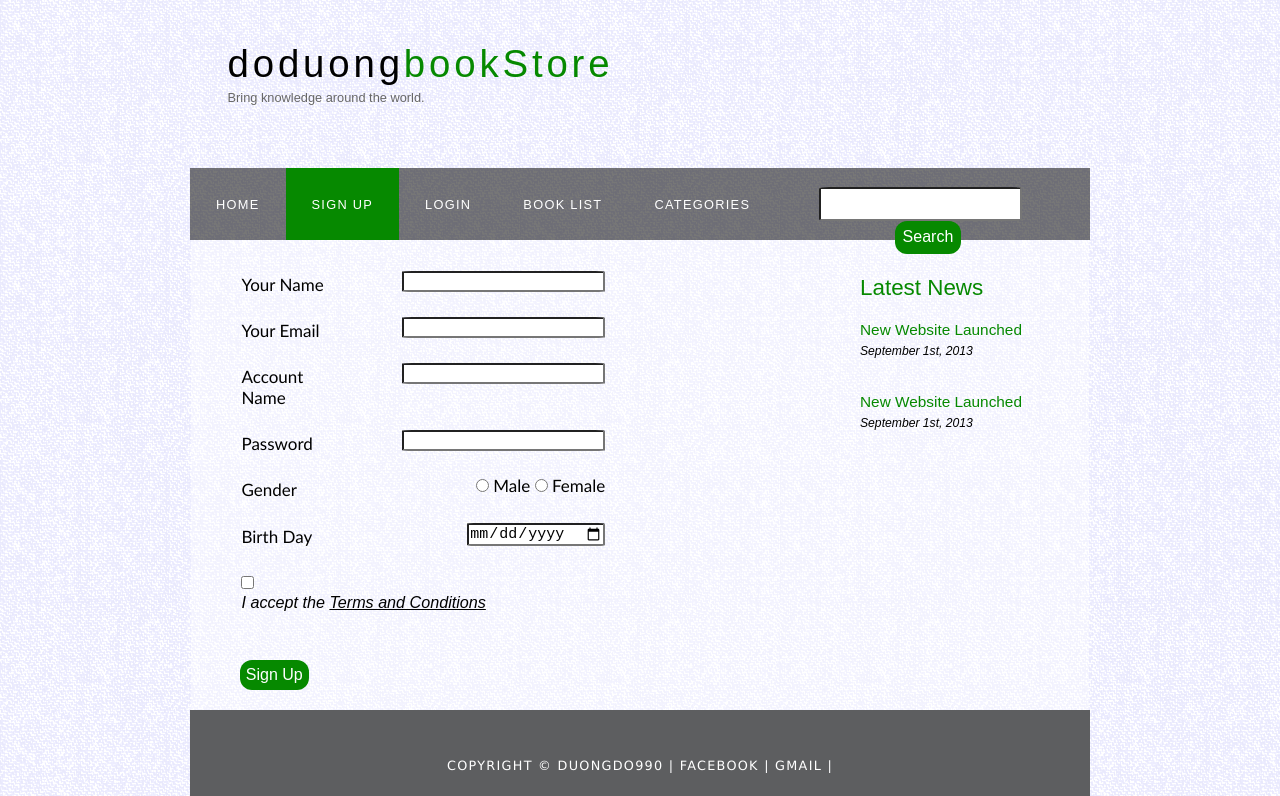
Repository: ngttuyen/JavaWeb
Page: http://localhost/MyWebsite/signup.jsp
The author's editor kept a copy of each file at every save. The page is drawn from the files as they stood at one save, then again after the next save.
The browser window is 1280 px wide. The pictures show the whole page.
The page is served by Tomcat 9. Other server files are loaded and not shown.

Above is the page before, as saved 2019-06-01 16:04:18.

### MyWebsite/WebContent/signup.jsp
<%@page contentType="text/html" pageEncoding="utf-8"%>
<%@ include file="includes/head.jsp"%>
<body>
	<div id="main">
		<div id="header">
			<div id="logo">
				<div id="logo_text">
					<!-- class="logo_colour", allows you to change the colour of the text -->
					<h1>
						<a href="index.jsp">doduong<span class="logo_colour">bookStore</span></a>
					</h1>
					<h2>Bring knowledge around the world.</h2>
				</div>
			</div>
			<div id="menubar">
				<ul id="menu">
					<!-- put class="selected" in the li tag for the selected page - to highlight which page you're on -->
					<li><a href="index.jsp">Home</a></li>
					<li class="selected"><a href="signup.jsp">Sign Up</a></li>
					<li><a href="login.jsp">Login</a></li>
					<li><a href="book.jsp">Book List</a></li>
					<li><a href="categories.jsp">Categories</a></li>
				</ul>
				<form method="get" action="" id="searchForm">
					<input type="text" name="search" class="styled-input">
					<button class="button" type="submit">Search</button>
				</form>
			</div>

		</div>
		<div id="site_content">
			<%@ include file="/includes/sidebar.jsp"%>
			<div id="content">
				<!-- -------------------------your code here---------------------- --->
				<form method="post" action="">
					<table class="login-signup">
						<tr>
							<td><label>Your Name</label></td>
							<td class="right"><input type="text" name="name"
								class="styled-input"></td>
						</tr>
						<tr>
							<td><label>Your Email</label></td>
							<td class="right"><input type="text" name="email"
								class="styled-input"></td>
						</tr>
						<tr>
							<td><label>Account Name</label></td>
							<td class="right"><input type="text" name="id"
								class="styled-input"></td>
						</tr>
						<tr>
							<td><label>Password</label></td>
							<td class="right"><input type="password" name="pw"
								class="styled-input"></td>
						</tr>
						<tr>
							<td><label>Gender</label></td>
							<td class="right"><input class="gender-radio" type="radio"
								name="gender" value="male"> Male <input
								class="gender-radio" type="radio" name="gender" value="female">
									Female</td>
						</tr>
						<tr>
							<td><label>Birth Day</label></td>
							<td class="right"><input type="date" name="dob"
								class="styled-input"></td>
						</tr>
						<tr>
							<td colspan="2"><input type="checkbox" required name="terms">
							<h5>
									I accept the <u>Terms and Conditions</u>
								</h5>
								</p></td>
						</tr>
					</table>
					<button class="button" type="submit">Sign Up</button>
				</form>
				<!-- -------------------------your code here---------------------- --->
			</div>
		</div>
		<div id="footer">
			<!---footer here --->
			<%@ include file="/includes/footer.jsp"%>
		</div>
	</div>
</body>
</html>

### MyWebsite/WebContent/includes/head.jsp
<%@page contentType="text/html" pageEncoding="utf-8" %>
<!doctype html>
<html>

<head>
  <title>doduong's BookStore</title>
  <meta name="description" content="website description" />
  <meta name="keywords" content="website keywords, website keywords" />
  <meta http-equiv="content-type" content="text/html; charset=windows-1252" />
  <link rel="stylesheet"href="styles/style.css" title="style">
</head>

### MyWebsite/WebContent/includes/sidebar.jsp
<%@page contentType="text/html" pageEncoding="utf-8"%>
<div class="sidebar">
	<!-- insert your sidebar items here -->
	<h3>Latest News</h3>
	<h4>New Website Launched</h4>
	<h5>September 1st, 2013</h5>
	<p></p>
	<h4>New Website Launched</h4>
	<h5>September 1st, 2013</h5>
</div>

### MyWebsite/WebContent/includes/footer.jsp
<%@page contentType="text/html" pageEncoding="utf-8"%>
<div id="footer">
	Copyright &copy; duongdo990 | <a
		href="#">Facebook</a> | <a
		href="#">Gmail</a> |
</div>
</div>

### MyWebsite/WebContent/styles/style.css
html
{ height: 100%;}

*
{ margin: 0;
  padding: 0;}

body
{ font: normal .80em 'trebuchet ms', arial, sans-serif;
  background: #F0EFE2 url(../images/background.png) repeat;
  color: #777;}

p
{ padding: 0 0 20px 0;
  line-height: 1.7em;}

img
{ border: 0;}

h1, h2, h3, h4, h5, h6
{ font: normal 175% 'century gothic', arial, sans-serif;
  color: #068900;
  margin: 0 0 15px 0;
  padding: 15px 0 5px 0;}

h2
{ font: normal 175% 'century gothic', arial, sans-serif;
  color: #068900;}

h4, h5, h6
{ margin: 0;
  padding: 0 0 5px 0;
  font: normal 120% arial, sans-serif;
  color: #068900;}

h5, h6
{ font: italic 95% arial, sans-serif;
  padding: 0 0 15px 0;
  color: #000;}

h6
{ color: #362C20;}

a, a:hover
{ outline: none;
  text-decoration: underline;
  color: #FD5BFF;}

a:hover
{ text-decoration: none;}

.left
{ float: left;
  width: auto;
  margin-right: 10px;}

.right
{ float: right;
  width: auto;
  margin-left: 10px;}

.center
{ display: block;
  text-align: center;
  margin: 20px auto;}

blockquote
{ margin: 20px 0;
  padding: 10px 20px 0 20px;
  border: 1px solid #E5E5DB;
  background: #FFF;}

ul
{ margin: 2px 0 22px 17px;}

ul li
{ list-style-type: circle;
  margin: 0 0 6px 0;
  padding: 0 0 4px 5px;}

ol
{ margin: 8px 0 22px 20px;}

ol li
{ margin: 0 0 11px 0;}

#main, #logo, #menubar, #site_content, #footer
{ margin-left: auto;
  margin-right: auto;}

#header
{ height: 240px;}

#logo
{ width: 825px;
  position: relative;
  height: 168px;}

#logo #logo_text
{ position: absolute;
  top: 20px;
  left: 0;}

#logo h1, #logo h2
{ font: normal 300% 'century gothic', arial, sans-serif;
  border-bottom: 0;
  text-transform: none;
  margin: 0;}

#logo_text h1, #logo_text h1 a, #logo_text h1 a:hover
{ padding: 22px 0 0 0;
  color: #000;
  letter-spacing: 0.1em;
  text-decoration: none;}

#logo_text h1 a .logo_colour
{ color: #068900;}

#logo_text h2
{ font-size: 100%;
  padding: 4px 0 0 0;
  color: #676767;}

#menubar
{ width: 900px;
  height: 72px;
  padding: 0;
  background: transparent url(../images/transparent.png) repeat;}

ul#menu, ul#menu li
{ float: left;
  margin: 0;
  padding: 0;}

ul#menu li
{ list-style: none;}

ul#menu li a
{ letter-spacing: 0.1em;
  font: normal 100% arial, sans-serif;
  display: block;
  float: left;
  height: 37px;
  padding: 29px 26px 6px 26px;
  text-align: center;
  color: #FFF;
  text-transform: uppercase;
  text-decoration: none;
  background: transparent;}

ul#menu li a:hover, ul#menu li.selected a, ul#menu li.selected a:hover
{ color: #FFF;
  background: #068900;}

#site_content
{ width: 837px;
  overflow: hidden;
  margin: 0 auto 0 auto;
  padding: 20px 24px 20px 37px;
  background: transparent url(../images/transparent_light.png) repeat;}

.sidebar
{ float: right;
  width: 190px;
  padding: 0 15px 20px 15px;}

.sidebar ul
{ width: 178px;
  padding: 4px 0 0 0;
  margin: 4px 0 30px 0;}

.sidebar li
{ list-style: none;
  padding: 0 0 7px 0; }

.sidebar li a, .sidebar li a:hover
{ padding: 0 0 0 40px;
  display: block;
  background: transparent url(../images/link.png) no-repeat left center;}

.sidebar li a.selected
{ color: #444;
  text-decoration: none;}

#content
{ text-align: left;
  width: 595px;
  padding: 0;}

#content ul
{ margin: 2px 0 22px 0px;}

#content ul li
{ list-style-type: none;
  background: url(../images/bullet.png) no-repeat;
  margin: 0 0 6px 0;
  padding: 0 0 4px 25px;
  line-height: 1.5em;}

#footer
{ width: 900px;
  font: normal 100% 'lucida sans unicode', arial, sans-serif;
  height: 33px;
  padding: 24px 0 5px 0;
  text-align: center;
  background-color: #5d5e60;
  color: #FFF;
  text-transform: uppercase;
  letter-spacing: 0.1em;}

#footer a
{ color: #FFF;
  text-decoration: none;}

#footer a:hover
{ color: #FFF;
  text-decoration: underline;}

.search
{ color: #5D5D5D;
  border: 1px solid #BBB;
  width: 134px;
  padding: 4px;
  font: 100% arial, sans-serif;}

#colours
{ height: 0px;
  text-align: right;
  padding: 66px 16px 0px 300px;}
  /*-------------------------------------*/
.button {
  background-color: #068900; /* Green */
  border: none;
  color: white;
  padding: 1% 1%;
  text-align: center;
  text-decoration: none;
  display: inline-block;
  font-size: 16px;
  border-radius: 12px;
  margin-left: 2%;
}
#searchForm{
  height: 37px;
  padding: 19px 26px 6px 10%;
  text-align: center;
  color: #FFF;
  text-transform: uppercase;
  text-decoration: none;
  background: transparent;
}
.styled-input {
	height: 80%;
	border-radius: 5%;
	font-size: 15px;
	border: 1% solid #068900;
	font-weigh: bold;
}
.login-signup{
	width: 65%;
	height: 100%;
	font-size: 17px;
	color: black;
}
td{
	padding: 3% 3% 3% 3%;
}

After the next save:
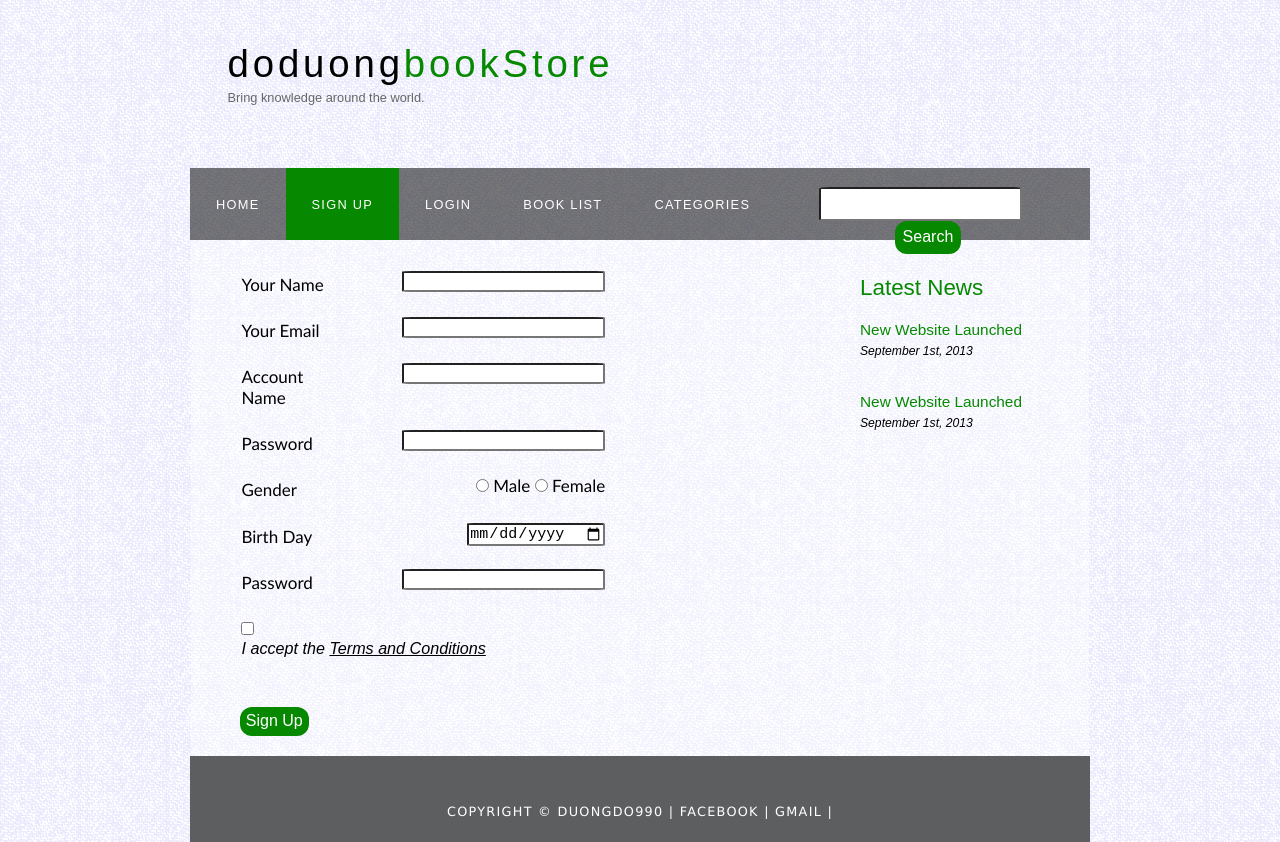
Saved 44 s later.
--- a/MyWebsite/WebContent/signup.jsp
+++ b/MyWebsite/WebContent/signup.jsp
@@ -67,6 +67,11 @@
 								class="styled-input"></td>
 						</tr>
 						<tr>
+							<td><label>Password</label></td>
+							<td class="right"><input type="password" name="pw"
+								class="styled-input"></td>
+						</tr>
+						<tr>
 							<td colspan="2"><input type="checkbox" required name="terms">
 							<h5>
 									I accept the <u>Terms and Conditions</u>

After the 2 saves that followed:
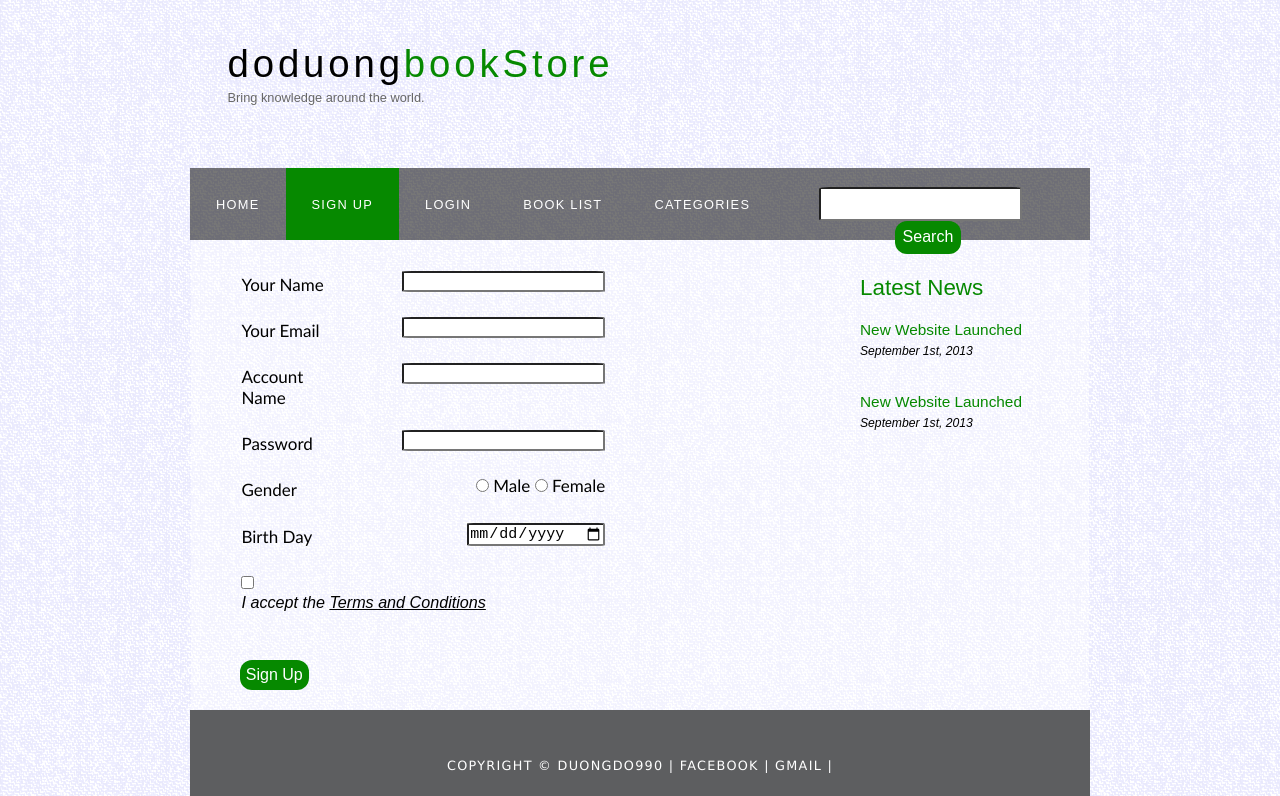
The 2 saves are shown as one change because they came seconds apart.
The last was saved 5 s later.
--- a/MyWebsite/WebContent/signup.jsp
+++ b/MyWebsite/WebContent/signup.jsp
@@ -67,11 +67,6 @@
 								class="styled-input"></td>
 						</tr>
 						<tr>
-							<td><label>Password</label></td>
-							<td class="right"><input type="password" name="pw"
-								class="styled-input"></td>
-						</tr>
-						<tr>
 							<td colspan="2"><input type="checkbox" required name="terms">
 							<h5>
 									I accept the <u>Terms and Conditions</u>
